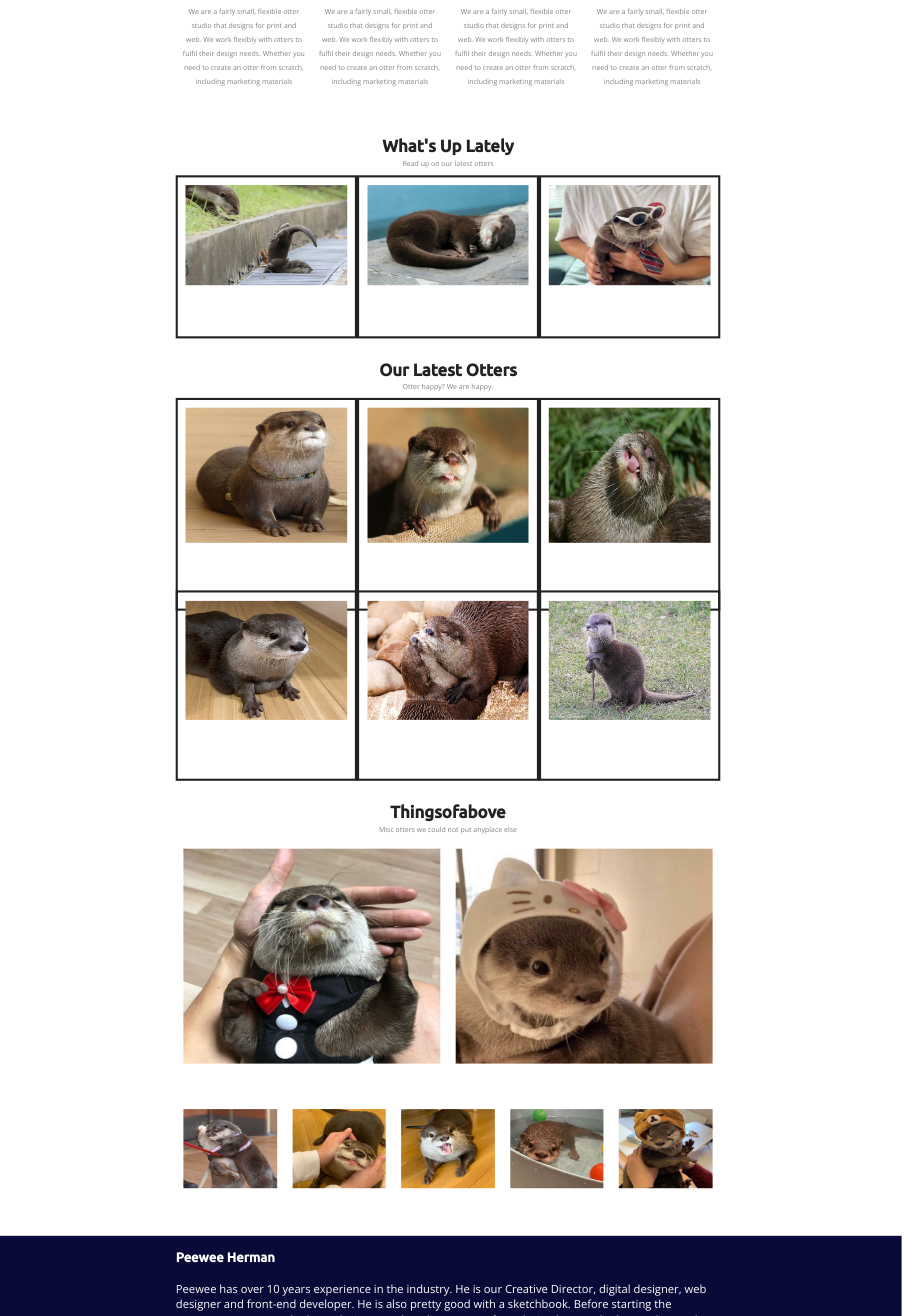
Repository: kennyharman/Marlowe_Kenny_Lab_02B
Page: index.html
The author's editor kept a copy of each file at every save. The page is drawn from the files as they stood at one save, then again after the next save.
The browser window is 1280 px wide. The page is 1296 px wide, so the pictures cover 1296 px, including what lies to the right of the window. The pictures show the part of the page from y = 769 to 2649 px (the page is 2775 px tall before and 2774 px after), at 70% of full size.

Above is the page before, as saved 2024-02-08 19:03:07.

### index.html
<!doctype html>
<html class="no-js" lang="EN">

<head>
  <meta charset="utf-8">
  <meta name="viewport" content="width=device-width, initial-scale=1">
  <title></title>
  <link rel="stylesheet" href="css/style.css">
  <link href="https://fonts.googleapis.com/css2?family=Open+Sans:ital,wght@0,400;0,700;1,400&family=Ubuntu:ital,wght@0,300;0,500;1,300&display=swap" rel="stylesheet">
  <meta name="description" content="">

  <meta property="og:title" content="Metrolics page">
  <meta property="og:type" content="website">
  <meta property="og:url" content="http://localhost:8888/metrolics/">

  <link rel="icon" href="/favicon.ico" sizes="any">
  <link rel="icon" href="/icon.svg" type="image/svg+xml">
  <link rel="apple-touch-icon" href="icon.png">

  <link rel="manifest" href="site.webmanifest">
  <meta name="theme-color" content="#fafafa">
</head>

<body class="page">
  <script src="js/app.js"></script>

<header class="page__header">
  <div class="row m-col-2 l-col-2 menu">
    <div class="col header__menu-logo">
      <h1>Metrolics</h1>
    </div>
    <div class="col header__menu-nav">
      Home
      Pages
      Blog
      Portfolio
      Home
    </div>
</header>

<main>
  <div class="page__banner">
    <div class="col banner-header">
      <img src="images/pink_otter.jpg">
      <ul class="listed-items">
        <li>Metro Style</li>
        <li>Retina Ready</li>
        <li>Responsive Design</li>
      </ul>
    </div>
  </div>
  <div class="page__section">
    <div class="row header">
      <div class="col header-text">
        <h2>Hey guys! This is the <span class="text__color-change">Metrolics</span> theme.<br/>It sports a responsive layout with a mobile layout.</h2>
      </div>
    </div>
  </div>

  <div class="section-services">
    <div class="row m-col-2 l-col-4">
      <div class="col m-row-span l-row-span heading">
        <h3>Things That We Do</h3>
        <p>Ask us what we can do for you</p>
      </div>
      <div class="col services-card">
        <h4>Otter solutions</h4>
        We are a fairly small, flexible otter studio that designs for print and web. We work flexibly with otters to fulfil their design needs. Whether you need to create an otter from scratch, including marketing materials
      </div>
      <div class="col services-card">
        <h4>Photography</h4>
        We are a fairly small, flexible otter studio that designs for print and web. We work flexibly with otters to fulfil their design needs. Whether you need to create an otter from scratch, including marketing materials
      </div>
      <div class="col services-card">
        <h4>Otter Development</h4>
        We are a fairly small, flexible otter studio that designs for print and web. We work flexibly with otters to fulfil their design needs. Whether you need to create an otter from scratch, including marketing materials
      </div>
      <div class="col services-card">
        <h4>Otter Design</h4>
        We are a fairly small, flexible otter studio that designs for print and web. We work flexibly with otters to fulfil their design needs. Whether you need to create an otter from scratch, including marketing materials
      </div>
    </div>
  </div>
    </div>
  </div>

  <div class="section-work">
    <div class="row m-col-2 l-col-3">
      <div class="col m-row-span l-row-span heading">
        <h3>What's Up Lately</h3>
        <p>Read up on our latest otters</p>
      </div>
      <div class="col m-row-span image">
        <img src="images/otter7.jpg" alt="Otter Fall">
      </div>
      <div class="col image">
        <img src="images/otter8.jpg" alt="Sleepy Otter">
      </div>
      <div class="col image">
        <img src="images/otter9.jpg" alt="Madi the Otter">
      </div>
    </div>
  </div>

  <div class="section-projects">
    <div class="row m-col-2 l-col-3">
      <div class="col m-row-span l-row-span heading">
        <h3>Our Latest Otters</h3>
        <p>Otter happy? We are happy.</p>
      </div>
      <div class="col image">
        <img src="images/otter1.jpg" alt="Curious Otter">
      </div>
      <div class="col image">
        <img src="images/otter2.jpg" alt="Teasing Otter">
      </div>
      <div class="col image">
        <img src="images/otter3.jpg" alt="Otter Playing Dead">
      </div>
      <div class="col image">
        <img src="images/otter4.jpg" alt="Pondering Otter">
      </div>
      <div class="col image">
        <img src="images/otter5.jpg" alt="Loving Otters">
      </div>
      <div class="col image">
        <img src="images/otter6.jpg" alt="Wise Otter">
      </div>
    </div>
  </div>

  <div class="section-misc">
    <div class="row l-col-2">
      <div class="col l-row-span heading">
        <h3>Thingsofabove</h3>
        <p>Misc otters we could not put anyplace else</p>
      </div>
      <div class="col misc-content">
        <img src="images/otter10.jpg" alt="Snazzy Otter">
      </div>
      <div class="col misc-content">
        <img src="images/otter11.jpg" alt="Hello Kitty Otter">
      </div>
    </div>
  </div>

  <div class="section-affiliates">
    <div class="row m-col-5 l-col-5">
      <div class="col affiliates-card">
        <img src="images/otter12.jpg" alt="Otter Hug">
      </div>
      <div class="col affiliates-card">
        <img src="images/otter13.jpg" alt="Otter Stretch">
      </div>
      <div class="col affiliates-card">
        <img src="images/otter14.jpg" alt="Surprised Otter">
      </div>
      <div class="col affiliates-card">
        <img src="images/otter15.jpg" alt="Otter Bath">
      </div>
      <div class="col affiliates-card">
        <img src="images/otter16.jpg" alt="Otter Bear">
      </div>
    </div>
  </div>
</main>
<footer class="page__footer">
  <div class="row m-col-2 l-col-4 footer">
    <div class="col m-row-span l-row-span footer-heading">
      <h3>Peewee Herman</h3>
      <p>Peewee has over 10 years experience in the industry. He is our Creative Director, digital designer, web designer and front-end developer. He is also pretty good with a sketchbook. Before starting the company Peewee worked as a designer and studio manager for a design house who boasted a number of big name clients.</p>
    </div>
    <div class="col footer-item">
      <h3>About Us</h3>
    </div>
    <div class="col footer-item">
      <h3>Flickr Photos</h3>
    </div>
    <div class="col footer-item">
      <h3>Recent Tweets</h3>
    </div>
    <div class="col footer-item">
      <h3>Newsletter</h3>
    </div>
  </div>
</footer>
</body>

### css/style.css
/*! HTML5 Boilerplate v9.0.0-RC1 | MIT License | https://html5boilerplate.com/ */

/* main.css 3.0.0 | MIT License | https://github.com/h5bp/main.css#readme */
/*
 * What follows is the result of much research on cross-browser styling.
 * Credit left inline and big thanks to Nicolas Gallagher, Jonathan Neal,
 * Kroc Camen, and the H5BP dev community and team.
 */

/* ==========================================================================
   Base styles: opinionated defaults
   ========================================================================== */

html {
  color: #222;
  font-size: 1em;
  line-height: 1.4;
  margin-left: -1rem;
  margin-right: -1rem;
}

/*
 * Remove text-shadow in selection highlight:
 * https://twitter.com/miketaylr/status/12228805301
 *
 * Customize the background color to match your design.
 */

::-moz-selection {
  background: #b3d4fc;
  text-shadow: none;
}

::selection {
  background: #b3d4fc;
  text-shadow: none;
}

/*
 * A better looking default horizontal rule
 */

hr {
  display: block;
  height: 1px;
  border: 0;
  border-top: 1px solid #ccc;
  margin: 1em 0;
  padding: 0;
}

/*
 * Remove the gap between audio, canvas, iframes,
 * images, videos and the bottom of their containers:
 * https://github.com/h5bp/html5-boilerplate/issues/440
 */

audio,
canvas,
iframe,
img,
svg,
video {
  vertical-align: middle;
}

/*
 * Remove default fieldset styles.
 */

fieldset {
  border: 0;
  margin: 0;
  padding: 0;
}

/*
 * Allow only vertical resizing of textareas.
 */

textarea {
  resize: vertical;
}

/* ==========================================================================
   Author's custom styles
   ========================================================================== */

/* ==========================================================================
   Helper classes
   ========================================================================== */

/*
 * Hide visually and from screen readers
 */

.hidden,
[hidden] {
  display: none !important;
}

/*
 * Hide only visually, but have it available for screen readers:
 * https://snook.ca/archives/html_and_css/hiding-content-for-accessibility
 *
 * 1. For long content, line feeds are not interpreted as spaces and small width
 *    causes content to wrap 1 word per line:
 *    https://medium.com/@jessebeach/beware-smushed-off-screen-accessible-text-5952a4c2cbfe
 */

.visually-hidden {
  border: 0;
  clip: rect(0, 0, 0, 0);
  height: 1px;
  margin: -1px;
  overflow: hidden;
  padding: 0;
  position: absolute;
  white-space: nowrap;
  width: 1px;
  /* 1 */
}

/*
 * Extends the .visually-hidden class to allow the element
 * to be focusable when navigated to via the keyboard:
 * https://www.drupal.org/node/897638
 */

.visually-hidden.focusable:active,
.visually-hidden.focusable:focus {
  clip: auto;
  height: auto;
  margin: 0;
  overflow: visible;
  position: static;
  white-space: inherit;
  width: auto;
}

/*
 * Hide visually and from screen readers, but maintain layout
 */

.invisible {
  visibility: hidden;
}

/*
 * Clearfix: contain floats
 *
 * The use of `table` rather than `block` is only necessary if using
 * `::before` to contain the top-margins of child elements.
 */

.clearfix::before,
.clearfix::after {
  content: "";
  display: table;
}

.clearfix::after {
  clear: both;
}

/* ==========================================================================
   EXAMPLE Media Queries for Responsive Design.
   These examples override the primary ('mobile first') styles.
   Modify as content requires.
   ========================================================================== */

@media only screen and (min-width: 35em) {
  /* Style adjustments for viewports that meet the condition */
}

@media print,
  (-webkit-min-device-pixel-ratio: 1.25),
  (min-resolution: 1.25dppx),
  (min-resolution: 120dpi) {
  /* Style adjustments for high resolution devices */
}

/* ==========================================================================
   Print styles.
   Inlined to avoid the additional HTTP request:
   https://www.phpied.com/delay-loading-your-print-css/
   ========================================================================== */

@media print {
  *,
  *::before,
  *::after {
    background: #fff !important;
    color: #000 !important;
    /* Black prints faster */
    box-shadow: none !important;
    text-shadow: none !important;
  }

  a,
  a:visited {
    text-decoration: underline;
  }

  a[href]::after {
    content: " (" attr(href) ")";
  }

  abbr[title]::after {
    content: " (" attr(title) ")";
  }

  /*
   * Don't show links that are fragment identifiers,
   * or use the `javascript:` pseudo protocol
   */
  a[href^="#"]::after,
  a[href^="javascript:"]::after {
    content: "";
  }

  pre {
    white-space: pre-wrap !important;
  }

  pre,
  blockquote {
    border: 1px solid #999;
    page-break-inside: avoid;
  }

  tr,
  img {
    page-break-inside: avoid;
  }

  p,
  h2,
  h3 {
    orphans: 3;
    widows: 3;
  }

  h2,
  h3 {
    page-break-after: avoid;
  }
}

/* Our Styling */

h1,
h2,
h3,
h4,
h5,
h6 {
    font-family: 'Ubuntu', sans-serif;
}

p {
    font-family: 'Open Sans', sans-serif;
}

.row {
  display: grid;
  margin-top: 2rem;
}
.col {
  position: relative;
}

.page__header,
.banner-header,
.page__section,
.section-services,
.section-work,
.section-projects,
.section-misc,
.section-affiliates,
.footer {
  margin: auto;
  width: 60%;
}

.heading {
  display: flex;
  flex-direction: column;
  align-items: center;
  padding: 0 auto;
}

.heading > h3 {
  margin-bottom: 0;
  font-size: 24px;
}

.heading > p {
  margin-top: 0;
  font-size: 10px;
  color: grey;
}

.header-text {
  text-align: center;
}

.text__color-change {
  color: lightskyblue;
}

.listed-items {
  position: absolute;
  top: 5rem;
  left: 5rem;
  list-style-type: none;
}

.listed-items > li {
  background-color: white;
  margin-top: 2px;
  padding-top: 0.5rem;
  padding-bottom: 0.5rem;
  font-family: 'Ubuntu', sans-serif;
}

.listed-items li:nth-child(1) {
  border-left: solid 5px blue;
  padding-left: 1rem;
  padding-right: 1rem;
  width: fit-content;
}

.listed-items li:nth-child(2) {
  border-left: solid 5px red;
  padding-left: 1rem;
  padding-right: 1rem;
  width: fit-content;
}

.listed-items li:nth-child(3) {
  border-left: solid 5px yellow;
  padding-left: 1rem;
  padding-right: 1rem;
  width: fit-content;
}

.banner-header {
  position: relative;
}

.services-card {
  text-align: center;
  font-size: 10px;
  padding: 10px;
  color: grey;
  font-family: 'Open Sans', sans-serif;
  line-height: 20px;
}

.services-card > h4 {
  color: black;
}

.image {
  padding: 0.7rem;
  height: 100%;
  border: solid;
}

.image > img {
  width: 100%;
  height: 70%;
}

.misc-content {
  margin-top: 1.5rem;
  margin: 0.7rem;
  margin-bottom: -2rem;
}

.misc-content > img {
  width: 100%;
  height: 85%;
}

.affiliates-card {
  margin: 0.7rem;
  margin-bottom: 3rem;
}

.affiliates-card > img {
  width: 100%;
  height: 85%;;
}

.banner-header {
  justify-content: center;
}

.banner-header > img {
  width: 100%;
  max-height: 70%;
}

.page__banner {
  background-color: lightgray;
}

.page__footer {
  background-color: rgb(10, 10, 56);
  color: white;
}

/* Small only */
@media screen and (max-width: 39.9375em) {
  .page__header,
.banner-header,
.page__section,
.section-services,
.section-work,
.section-projects,
.section-misc,
.section-affiliates,
.footer {
  margin: auto;
  width: 20rem;
}

.header {
  margin: -5px;
}
  .header__menu-nav {
    display: none;
  }
  .page__banner {
    display: none;
  }
  .image {
    border: solid;
    margin-top: 5rem;
    height: 100%;
  }
  .affiliates {
    display: none;
  }
  .misc {
    display: none;
  }
  .services-card {
    text-align: left;
    font-size: 12px;
    padding: 0px;
    color: grey;
    font-family: 'Open Sans', sans-serif;
    line-height: 15px;
    padding-top: 20px;
  }
  .services-card > h4 {
    line-height: 0px;
  }
}

/* Medium only */
@media screen and (min-width: 40em) and
(max-width: 63.9375em) {
  .row {
    max-width: 70rem;
    column-gap: 1.5rem;
    row-gap: 1.5rem;
    margin: 0 auto;
  }
  .m-col-2 {
    grid-template-columns: 1fr 1fr;
  }
  .m-col-3 {
    grid-template-columns: repeat(3, 1fr);
  }
  .m-col-4 {
    grid-template-columns: repeat(4, 1fr);
  }
  .m-col-5 {
    grid-template-columns: repeat(5, 1fr);
  }

  .m-row-span {
    grid-column-start: 1;
    grid-column-end: -1;
  }
}

/* Large only */
@media screen and (min-width: 64em) {
  .l-col-2 {
    grid-template-columns: 1fr 1fr;
  }
  .l-col-3 {
    grid-template-columns: repeat(3, 1fr);
  }
  .l-col-4 {
    grid-template-columns: repeat(4, 1fr);
  }
  .l-col-5 {
    grid-template-columns: repeat(5, 1fr);
  }

  .l-row-span {
    grid-column-start: 1;
    grid-column-end: -1;
  }
}

Loaded but not shown: js/app.js (no stored copy; drawn as an empty file)

After the next save:
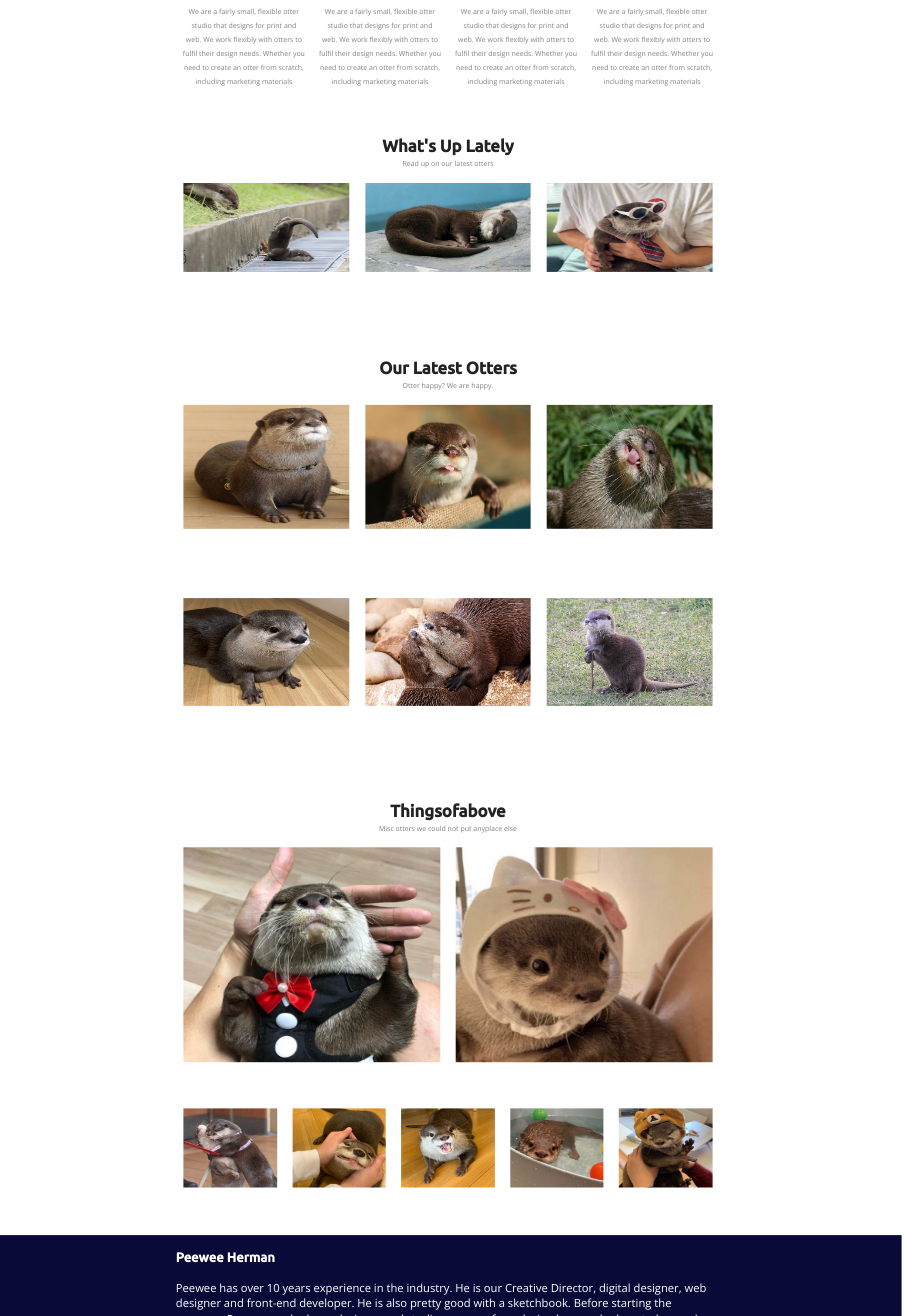
Saved 49 s later.
--- a/css/style.css
+++ b/css/style.css
@@ -364,8 +364,6 @@ p {
 
 .image {
   padding: 0.7rem;
-  height: 100%;
-  border: solid;
 }
 
 .image > img {
